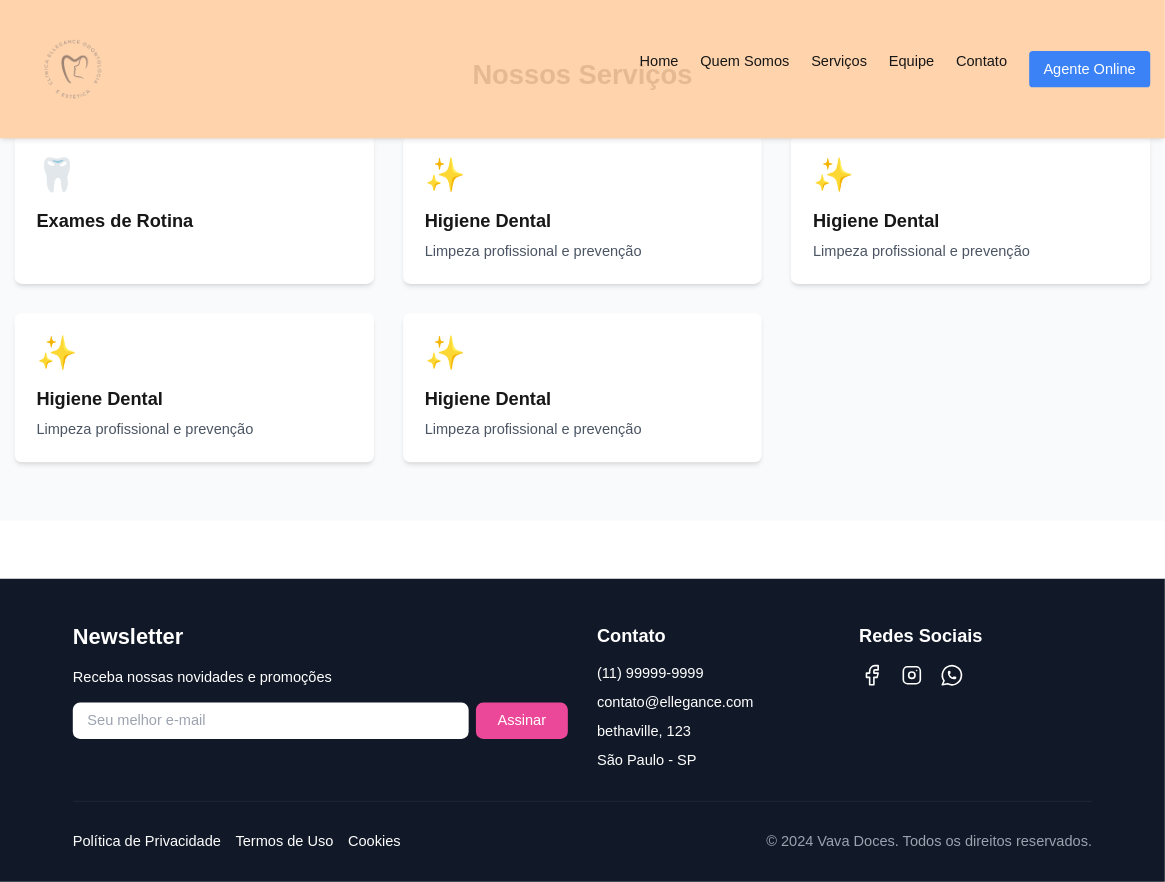
Repository: francisguitt/ellegance_odontologia
Page: /services_
An editor plug-in stored every save of this project. The page is shown before and after the next save, followed by the edit.
The browser window is 1280 px wide. The pictures show the whole page, at 91% of full size.
The project was rebuilt for these pictures with package versions that can differ from the ones it lists, and the page was loaded fresh each time. The framework's server and built-in components were replaced by stand-ins that run in the browser. Also part of the build but not shown: next.config.mjs.

Above is the page before, as saved 2025-02-22 12:39:47.

### src/app/layout.tsx
import type { Metadata } from "next";
import localFont from "next/font/local";
import "./globals.css";
import Header from "@/app/components/header";
import Footer from "@/app/components/footer";

const geistSans = localFont({
  src: "./fonts/GeistVF.woff",
  variable: "--font-geist-sans",
  weight: "100 900",
});
const geistMono = localFont({
  src: "./fonts/GeistMonoVF.woff",
  variable: "--font-geist-mono",
  weight: "100 900",
});

export const metadata: Metadata = {
  title: "Create Next App",
  description: "Generated by create next app",
};

export default function RootLayout({
  children,
}: Readonly<{
  children: React.ReactNode;
}>) {
  return (
    <html lang="en">
      <body
        className={`${geistSans.variable} ${geistMono.variable} antialiased`}
      >
      <Header/>
        {children}
        <Footer/>
      </body>
    </html>
  );
}

### src/app/services_/page.tsx
const Services = () => {
    const services = [
      {
        title: 'Exames de Rotina',
        description: '',
        icon: '🦷'
      },
      {
        title: 'Higiene Dental',
        description: 'Limpeza profissional e prevenção',
        icon: '✨'
      },
      {
        title: 'Higiene Dental',
        description: 'Limpeza profissional e prevenção',
        icon: '✨'
      },
      {
        title: 'Higiene Dental',
        description: 'Limpeza profissional e prevenção',
        icon: '✨'
      },
      {
        title: 'Higiene Dental',
        description: 'Limpeza profissional e prevenção',
        icon: '✨'
      },
    ];

    return (
      <section id="services" className="py-16 bg-gray-50">
        <div className="container mx-auto px-4">
          <h2 className="text-3xl font-bold text-center mb-12">Nossos Serviços</h2>
          <div className="grid grid-cols-1 md:grid-cols-3 gap-8">
            {services.map((service, index) => (
              <div key={index} className="bg-white p-6 rounded-lg shadow-md">
                <div className="text-4xl mb-4">{service.icon}</div>
                <h3 className="text-xl font-semibold mb-2">{service.title}</h3>
                <p className="text-gray-600">{service.description}</p>
              </div>
            ))}
          </div>
        </div>
      </section>
    );
  };

  export default Services;

### src/app/globals.css
@tailwind base;
@tailwind components;
@tailwind utilities;

:root {
  --primary-color:#ffcfa3e3;
  --secundary-color: #ffd079;
  --foreground: #171717;
}

@media (prefers-color-scheme: dark) {
  :root {

  }

  }


body {
  color: var(--foreground);
  background: var(--background);
  font-family: Arial, Helvetica, sans-serif;
}

@layer utilities {
  .text-balance {
    text-wrap: balance;
  }
}

### src/app/components/header.tsx


"use client";
import { useState } from 'react';
import { Link } from 'react-scroll';
import Image from 'next/image';
import logo from "@/images/logo_odonto.png";
import { IconMenu2, IconX } from '@tabler/icons-react';

const Header = () => {
  const [isMenuOpen, setIsMenuOpen] = useState(false);

  const toggleMenu = () => {
    setIsMenuOpen(!isMenuOpen);
  };

  const menuItems = [
    { to: "home", label: "Home" },
    { to: "about", label: "Quem Somos" },
    { to: "services", label: "Serviços" },
    { to: "team", label: "Equipe" },
    { to: "contact", label: "Contato" },
  ];

  return (
    <header className="fixed w-full  shadow-md z-50 bg-[var(--primary-color)]">
      <div className="container mx-auto px-4 py-3 flex justify-between items-center text-center">
        <div className="logo">
          <Image
            src={logo}
            alt="Ellegance Dental"
            className="w-32 h-32 text-color-white"
          />
        </div>

        {/* Desktop Navigation */}
        <nav className="hidden md:flex space-x-6">
          {menuItems.map((item) => (
            <Link
              key={item.to}
              to={item.to}
              smooth={true}
              className="cursor-pointer hover:text-blue-500 transition-colors"
            >
              {item.label}
            </Link>
          ))}
          <button className="bg-blue-500 text-white px-4 py-2 rounded hover:bg-blue-600 transition-colors">
            Agente Online
          </button>
        </nav>

        {/* Mobile Menu Button */}
        <button
          onClick={toggleMenu}
          className="md:hidden text-gray-600 hover:text-blue-500 transition-colors"
        >
          {isMenuOpen ? <IconX size={24} /> : <IconMenu2 size={24} />}
        </button>
      </div>

      {/* Mobile Navigation */}
      <nav className={`
        md:hidden bg-white
        transition-all duration-300 ease-in-out
        ${isMenuOpen ? 'max-h-96 opacity-100' : 'max-h-0 opacity-0'}
        overflow-hidden
      `}>
        <div className="container mx-auto px-4 py-2 flex flex-col space-y-4">
          {menuItems.map((item) => (
            <Link
              key={item.to}
              to={item.to}
              smooth={true}
              className="cursor-pointer hover:text-blue-500 transition-colors py-2"
              onClick={() => setIsMenuOpen(false)}
            >
              {item.label}
            </Link>
          ))}
          <button className="bg-blue-500 text-white px-4 py-2 rounded hover:bg-blue-600 transition-colors w-full">
            Agente Online
          </button>
        </div>
      </nav>
    </header>
  );
};

export default Header;

### src/app/components/footer.tsx
'use client'
import { useState } from 'react'
import {
  IconBrandFacebook,
  IconBrandInstagram,
  IconBrandWhatsapp,
  IconMail
} from '@tabler/icons-react'

function Footer() {
  const [email, setEmail] = useState('')

  const handleSubmit = (e: React.FormEvent) => {
    e.preventDefault()
    setEmail('')
  }

  return (
    <footer className="bg-gray-900 text-white pt-12 mt-16">
      <div className="max-w-6xl mx-auto px-4">
        <div className="grid grid-cols-1 md:grid-cols-4 gap-8 pb-8">
          <div className="col-span-1 md:col-span-2">
            <h3 className="text-2xl font-bold mb-4">Newsletter</h3>
            <p className="mb-4">Receba nossas novidades e promoções</p>
            <form onSubmit={handleSubmit} className="flex gap-2">
              <input
                type="email"
                value={email}
                onChange={(e) => setEmail(e.target.value)}
                placeholder="Seu melhor e-mail"
                className="flex-1 px-4 py-2 rounded-lg text-gray-900"
                required
              />
              <button
                type="submit"
                className="bg-pink-500 px-6 py-2 rounded-lg hover:bg-pink-600 transition"
              >
                Assinar
              </button>
            </form>
          </div>

          <div>
            <h3 className="text-xl font-bold mb-4">Contato</h3>
            <ul className="space-y-2">
              <li>
                <a href="tel:+5511999999999" className="hover:text-pink-400">
                  (11) 99999-9999
                </a>
              </li>
              <li>
                <a href="mailto:contato@elleganceodontologia.com" className="hover:text-pink-400">
                  contato@ellegance.com
                </a>
              </li>
              <li>bethaville, 123</li>
              <li>São Paulo - SP</li>
            </ul>
          </div>

          <div>
            <h3 className="text-xl font-bold mb-4">Redes Sociais</h3>
            <div className="flex gap-4">
              <a href="https://facebook.com" target="_blank" rel="noopener noreferrer"
                className="hover:text-pink-400 transition">
                <IconBrandFacebook size={28} stroke={1.5} />
              </a>
              <a href="https://instagram.com" target="_blank" rel="noopener noreferrer"
                className="hover:text-pink-400 transition">
                <IconBrandInstagram size={28} stroke={1.5} />
              </a>
              <a href="https://wa.me/5511999999999" target="_blank" rel="noopener noreferrer"
                className="hover:text-pink-400 transition">
                <IconBrandWhatsapp size={28} stroke={1.5} />
              </a>
            </div>
          </div>
        </div>

        <div className="border-t border-gray-800 py-8">
          <div className="flex flex-col md:flex-row justify-between items-center">
            <div className="flex gap-4 mb-4 md:mb-0">
              <a href="/politica-privacidade" className="hover:text-pink-400 transition">
                Política de Privacidade
              </a>
              <a href="/termos-uso" className="hover:text-pink-400 transition">
                Termos de Uso
              </a>
              <a href="/cookies" className="hover:text-pink-400 transition">
                Cookies
              </a>
            </div>
            <p className="text-gray-400">
              © {new Date().getFullYear()} Vava Doces. Todos os direitos reservados.
            </p>
          </div>
        </div>
      </div>
    </footer>
  )
}
export default Footer;

Loaded but not shown: tailwind.config.ts (common file)

After the next save:
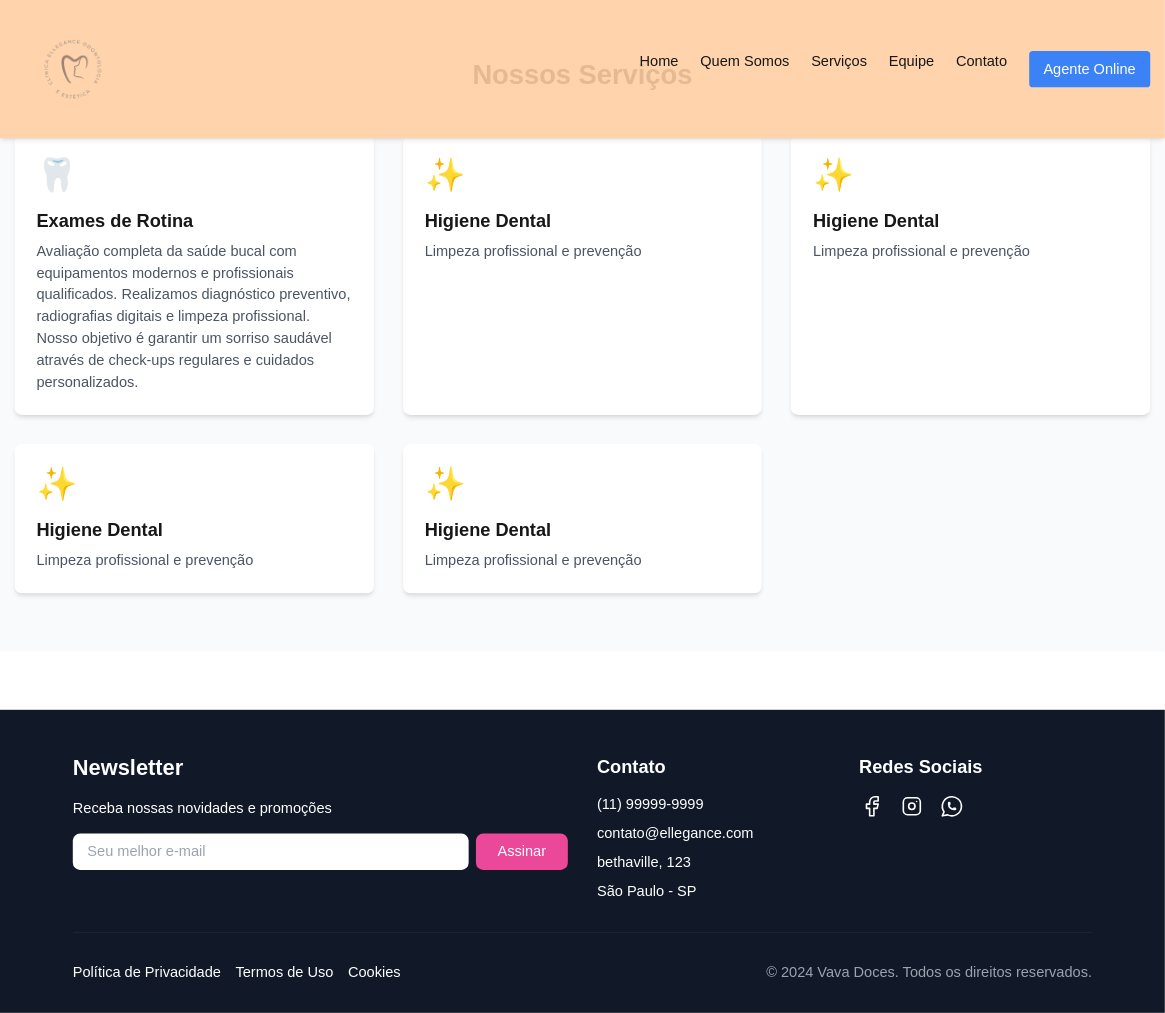
Saved 64 s later.
--- a/src/app/services_/page.tsx
+++ b/src/app/services_/page.tsx
@@ -2,7 +2,7 @@ const Services = () => {
     const services = [
       {
         title: 'Exames de Rotina',
-        description: '',
+        description: 'Avaliação completa da saúde bucal com equipamentos modernos e profissionais qualificados. Realizamos diagnóstico preventivo, radiografias digitais e limpeza profissional. Nosso objetivo é garantir um sorriso saudável através de check-ups regulares e cuidados personalizados.',
         icon: '🦷'
       },
       {
